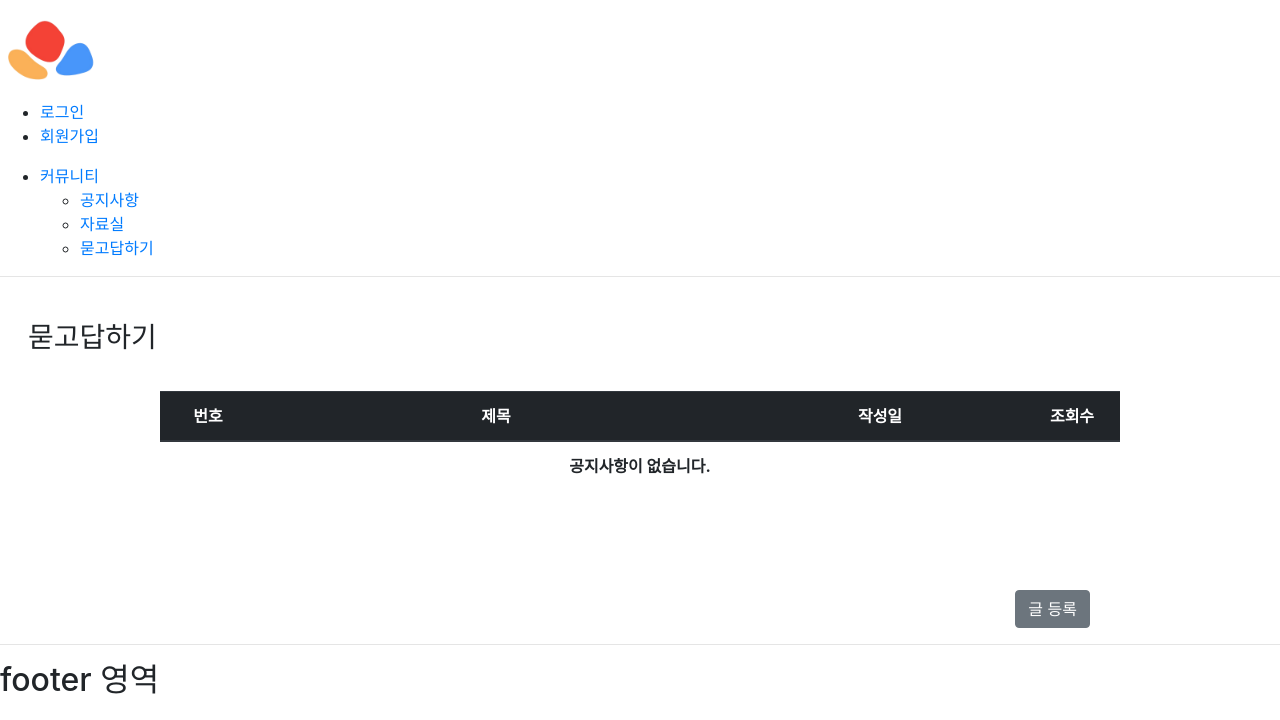
Repository: rnjsmj/pro01
Page: http://localhost/pro01/qna/qnaList.jsp
These files come from the project's save history. The page is drawn as it stood at one moment and after the next save; the edit follows.
The browser window is 1280 px wide. The pictures show the whole page.
The page is served by Tomcat 9. Nobody is signed in. The application's start-up code is not run. Other server files are loaded and not shown. The template is opened directly, without the code that normally fills it, so the values that code supplies are empty.

Above is the page before, as saved 2024-04-13 07:07:17.

### pro01/WebContent/qna/qnaList.jsp
<%@ page language="java" contentType="text/html; charset=UTF-8"
    pageEncoding="UTF-8"%>
<%@ taglib prefix="c" uri="http://java.sun.com/jsp/jstl/core" %>
<%@ taglib prefix="fmt" uri="http://java.sun.com/jsp/jstl/fmt" %>
<%@ taglib prefix="fn" uri="http://java.sun.com/jsp/jstl/functions" %>
<c:set var="path0" value="<%=request.getContextPath() %>" />
<!DOCTYPE html>
<html>
<head>
<meta charset="UTF-8">
<title>갈현동 - 묻고답하기</title>
<%@ include file="/head.jsp" %>
<style>
	.page {text-align:center;}
	.title { text-align:left; padding:1em; }
	.table {text-align:center; width:960px; margin: 0 auto;}

	.buttons { text-align:right; width:960px; margin : auto;}
	.buttons a { margin-right:30px;}
	.th-no {width:10%;}
	.th-title{width:50%;}
	.th-resdate{width:30%;}
	.td-title {text-align:left;}
	.a-title { color:black;}
	.a-title:hover { font-weight:600; text-decoration:none;}
	.div-table { text-align:center; display:flex; justify-center:center;  margin-bottom: 100px; }
</style>
</head>
<body>
<div id="header">
	<%@ include file="/header.jsp" %>
</div>
<div id="contents" >
	<section>
		<div class="page" id="page1">
			<h3 class="title">묻고답하기</h3>
			<div class="div-table">
				<table class="table">
					<thead class="thead-dark">
						<tr>
							<th class="th-no">번호</th>
							<th class="th-title">제목</th>
							<th class="th-resdate">작성일</th>
							<th class="th-visited">조회수</th>
						</tr>
					</thead>
					<tbody>
						<c:if test="${not empty noticeList }">
							<c:forEach var="dto" items="${noticeList }">
								<tr>
									<td>${dto.no }</td>
									<td class="td-title"><a href="${path0 }/GetNotice.do?no=${dto.no}" class="a-title">${dto.title }</a></td>
									<td>${dto.resdate }</td>
									<!-- 날짜만 표시할 경우
									<td class="td-resdate">
										<fmt:parseDate value="${dto.resdate }" pattern="yyyy-MM-dd" var="resdate" />
										<fmt:formatDate value="${resdate }" pattern="yyyy-MM-dd" />
									</td>-->
									<td>${dto.visited }</td>
								</tr>
							</c:forEach>
						</c:if>
						<c:if test="${empty noticeList }">
							<tr>
								<td colspan="4"><strong>공지사항이 없습니다.</strong></td>
							</tr>
						</c:if>
					</tbody>
				</table>
			</div>
			<script>

			</script>
			<div class="buttons">
				  <a href="${path0 }/notice/notice_ins.jsp" class="btn btn-secondary">글 등록</a>
			</div>
		</div>
	</section>
</div>
<div id="footer">
	<%@ include file="/footer.jsp" %>
</div>
</body>
</html>

### pro01/WebContent/head.jsp
<%@ page language="java" contentType="text/html; charset=UTF-8"
    pageEncoding="UTF-8"%>
<%@ taglib prefix="c" uri="http://java.sun.com/jsp/jstl/core" %>
<%@ taglib prefix="fmt" uri="http://java.sun.com/jsp/jstl/fmt" %>
<c:set var="ipath" value="<%= request.getContextPath() %>" />
<script src="${ipath }/js/jquery-3.2.1.min.js"></script>
<link rel="stylesheet" href="${ipath }/css/bootstrap.min.css" />
<link rel="stylesheet" href="https://cdnjs.cloudflare.com/ajax/libs/font-awesome/5.7.0/css/all.min.css" />
<script src="${ipath }/js/bootstrap.min.js"></script>
<meta name="viewport" content="width=device-width, initial-scale=1.0">
<meta name="subject" content="갈현동 소개 (Galhyeon-dong Intro)" />
<meta name="description" content="갈현동, 로데오거리, 맛집, 교통" />
<meta name="keywords" content="갈현동, 갈현1동, 갈현2동, 거리, 맛집, 교통편, 연신내역, 연신내, 구산역, 구산동, 구파발, 로데오거리, 연신내로데오거리, 메트로타워, 주점" />
<link rel="icon" href="${ipath }/images/favicon.png" />
<link rel="shortcut icon" href="${ipath}/images/favicon3.png" />
<meta property="og:type" content="website" />
<meta property="og:title" content="갈현동" />
<meta property="og:description" content="갈현동, 로데오거리, 맛집, 교통" />
<meta property="og:image" content="${ipath }/images/site.png" />
<meta property="og:url" content="http://localhost:8091" />

### pro01/WebContent/header.jsp
<%@ page language="java" contentType="text/html; charset=UTF-8"
    pageEncoding="UTF-8"%>
<%@ taglib prefix="c" uri="http://java.sun.com/jsp/jstl/core" %>
<%@ taglib prefix="fmt" uri="http://java.sun.com/jsp/jstl/fmt" %>
<c:set var="hpath" value="<%= request.getContextPath() %>" />
<header>
	<div class="logo_wrap" >
		<a href="/pro01"><img alt="갈현동" src="${hpath }/images/favicon3.png" width=100px> </a>
	</div>
	<nav id="tnb">
		<ul>
			<c:if test="${empty sid }">
			<li><a href="${hpath }/member/login.jsp">로그인</a></li>
			<li><a href="${hpath }/member/term.jsp">회원가입</a></li>
			</c:if>
			<c:if test="${not empty sid }">
			<li><strong>${sname } 님 환영합니다.</strong></li>
			<li><a href="${hpath }/Logout.do">로그아웃</a></li>
			<li><a href="${hpath }/MemberUpdate.do?id=${sid}">마이페이지</a></li>
			</c:if>
			<c:if test="${sid.equals('admin') }">
			<li><a href="${hpath }/admin">관리자 페이지</a></li>
			</c:if>
		</ul>
	</nav>
	<nav id="gnb">
		<ul class="main_menu">
			<li><a href="">커뮤니티</a>
				<ul>
					<li><a href="${hpath }/NoticeList.do">공지사항</a></li>
					<li><a href="">자료실</a></li>
					<li><a href="">묻고답하기</a></li>
				</ul>
			</li>
		</ul>
	</nav>
</header>
<hr>

### pro01/WebContent/footer.jsp
<%@ page language="java" contentType="text/html; charset=UTF-8"
    pageEncoding="UTF-8"%>
<hr>
<footer>
	<h2>footer 영역</h2>
</footer>

Loaded but not shown: pro01/WebContent/js/jquery-3.2.1.min.js (library); pro01/WebContent/css/bootstrap.min.css (library); pro01/WebContent/js/bootstrap.min.js (library)

After the next save:
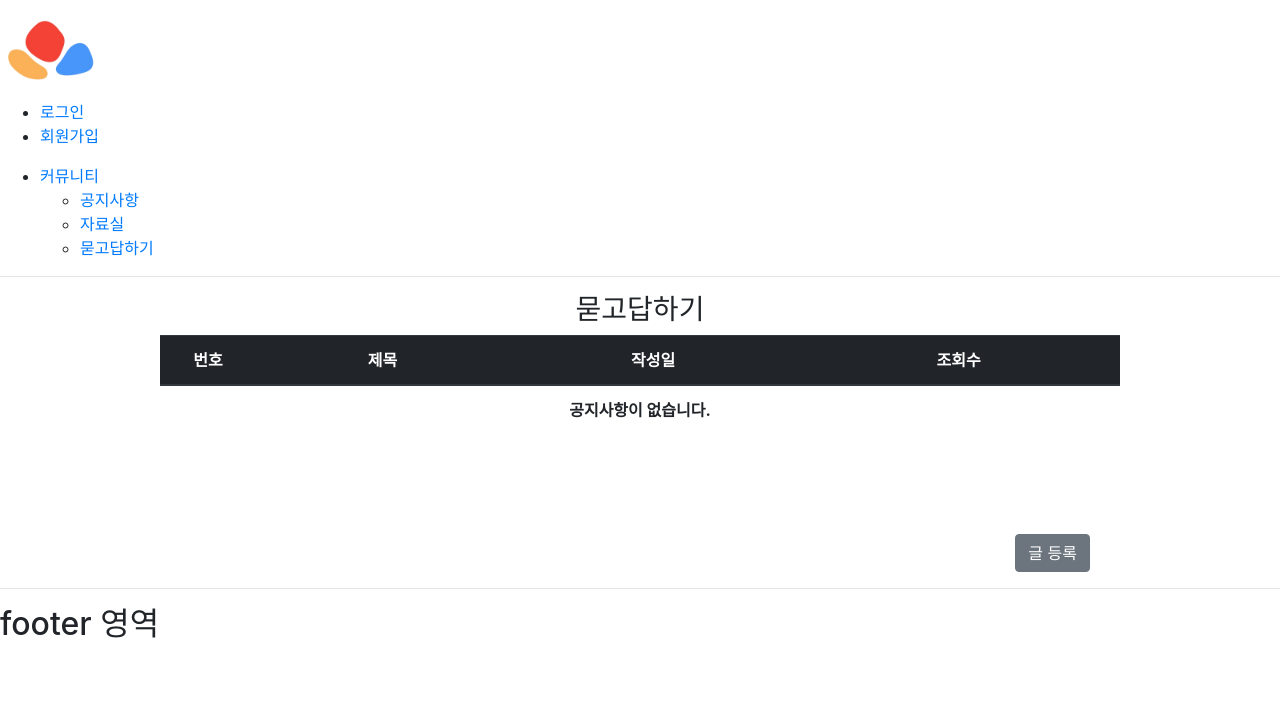
Saved 23 min 30 s later.
--- a/pro01/WebContent/qna/qnaList.jsp
+++ b/pro01/WebContent/qna/qnaList.jsp
@@ -11,19 +11,19 @@
 <title>갈현동 - 묻고답하기</title>
 <%@ include file="/head.jsp" %>
 <style>
-	.page {text-align:center;}
-	.title { text-align:left; padding:1em; }
-	.table {text-align:center; width:960px; margin: 0 auto;}
+		.page {text-align:center; justify-center:center; }
+	.title {}
+	.page_title {text-align:left; width:960px; margin:auto;  padding-top:1em; padding-bottom:1em;}
+	.div-table { text-align:center; display:flex; justify-center:center;  margin-bottom: 100px; }
 
+	.table {text-align:center; width:960px; margin: 0 auto; min-width:724px;}
 	.buttons { text-align:right; width:960px; margin : auto;}
 	.buttons a { margin-right:30px;}
 	.th-no {width:10%;}
-	.th-title{width:50%;}
 	.th-resdate{width:30%;}
 	.td-title {text-align:left;}
 	.a-title { color:black;}
 	.a-title:hover { font-weight:600; text-decoration:none;}
-	.div-table { text-align:center; display:flex; justify-center:center;  margin-bottom: 100px; }
 </style>
 </head>
 <body>
